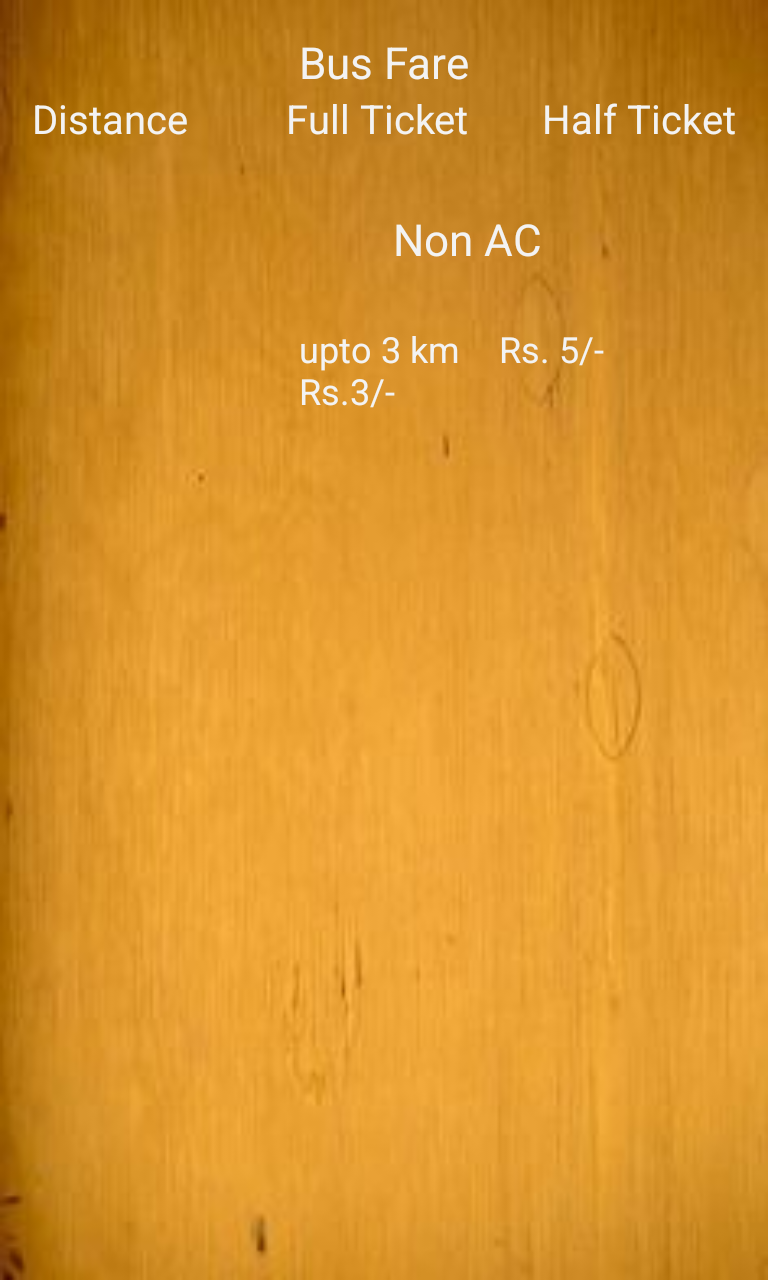
Repository: yogeshwar1996/android-app
Layout: CHD!!@BUSES/res/layout/activity_info.xml
An editor plug-in stored every save of this project. The layout is shown before and after the next save, followed by the edit.
It is drawn on a 768 x 1280 px phone screen (xhdpi) without system bars, with theme android:Theme.Holo; the app's code is not run.

Above is the layout before, as saved 2016-07-11 04:58:59.

### CHD!!@BUSES/res/layout/activity_info.xml
<RelativeLayout xmlns:android="http://schemas.android.com/apk/res/android"
    xmlns:tools="http://schemas.android.com/tools"
    android:layout_width="match_parent"
    android:layout_height="match_parent"
    android:background="@drawable/dad"
    android:paddingBottom="@dimen/activity_vertical_margin"
    android:paddingLeft="@dimen/activity_horizontal_margin"
    android:paddingRight="@dimen/activity_horizontal_margin"
    android:paddingTop="@dimen/activity_vertical_margin"
    tools:context="com.example.chdbuses.Info" >

    <TextView
        android:id="@+id/textView1"
        android:layout_width="wrap_content"
        android:layout_height="wrap_content"
        android:layout_alignParentTop="true"
        android:layout_centerHorizontal="true"
        android:text="Bus Fare"
        android:textAppearance="?android:attr/textAppearanceLarge" />

    <TextView
        android:id="@+id/textView3"
        android:layout_width="wrap_content"
        android:layout_height="wrap_content"
        android:layout_alignParentLeft="true"
        android:layout_below="@+id/textView1"
        android:text="Distance"
        android:textAppearance="?android:attr/textAppearanceLarge"
        android:textSize="20sp" />

    <TextView
        android:id="@+id/textView4"
        android:layout_width="wrap_content"
        android:layout_height="wrap_content"
        android:layout_alignBaseline="@+id/textView3"
        android:layout_alignBottom="@+id/textView3"
        android:layout_alignRight="@+id/textView1"
        android:text="Full Ticket"
        android:textAppearance="?android:attr/textAppearanceLarge"
        android:textSize="20sp" />

    <TextView
        android:id="@+id/textView5"
        android:layout_width="wrap_content"
        android:layout_height="wrap_content"
        android:layout_alignBaseline="@+id/textView4"
        android:layout_alignBottom="@+id/textView4"
        android:layout_alignParentRight="true"
        android:text="Half Ticket"
        android:textAppearance="?android:attr/textAppearanceLarge"
        android:textSize="20sp" />

    <TextView
        android:id="@+id/textView2"
        android:layout_width="wrap_content"
        android:layout_height="wrap_content"
        android:layout_below="@+id/textView4"
        android:layout_marginTop="32dp"
        android:layout_toLeftOf="@+id/textView5"
        android:text="Non AC"
        android:textAppearance="?android:attr/textAppearanceLarge" />

    <TextView
        android:id="@+id/textView6"
        android:layout_width="wrap_content"
        android:layout_height="wrap_content"
        android:layout_alignLeft="@+id/textView1"
        android:layout_below="@+id/textView2"
        android:layout_marginTop="28dp"
        android:text="upto 3 km 		Rs. 5/-			Rs.3/-"
        android:textAppearance="?android:attr/textAppearanceMedium" />

</RelativeLayout>

### CHD!!@BUSES/res/values/dimens.xml
<?xml version="1.0" encoding="utf-8"?>
<resources>

    <!-- Default screen margins, per the Android Design guidelines. -->
    <dimen name="activity_horizontal_margin">16dp</dimen>
    <dimen name="activity_vertical_margin">16dp</dimen>
    <dimen name="navigation_drawer_width">240dp</dimen>

</resources>

Loaded but not shown: CHD!!@BUSES/res/values-w820dp/dimens.xml (common file)

After the next save:
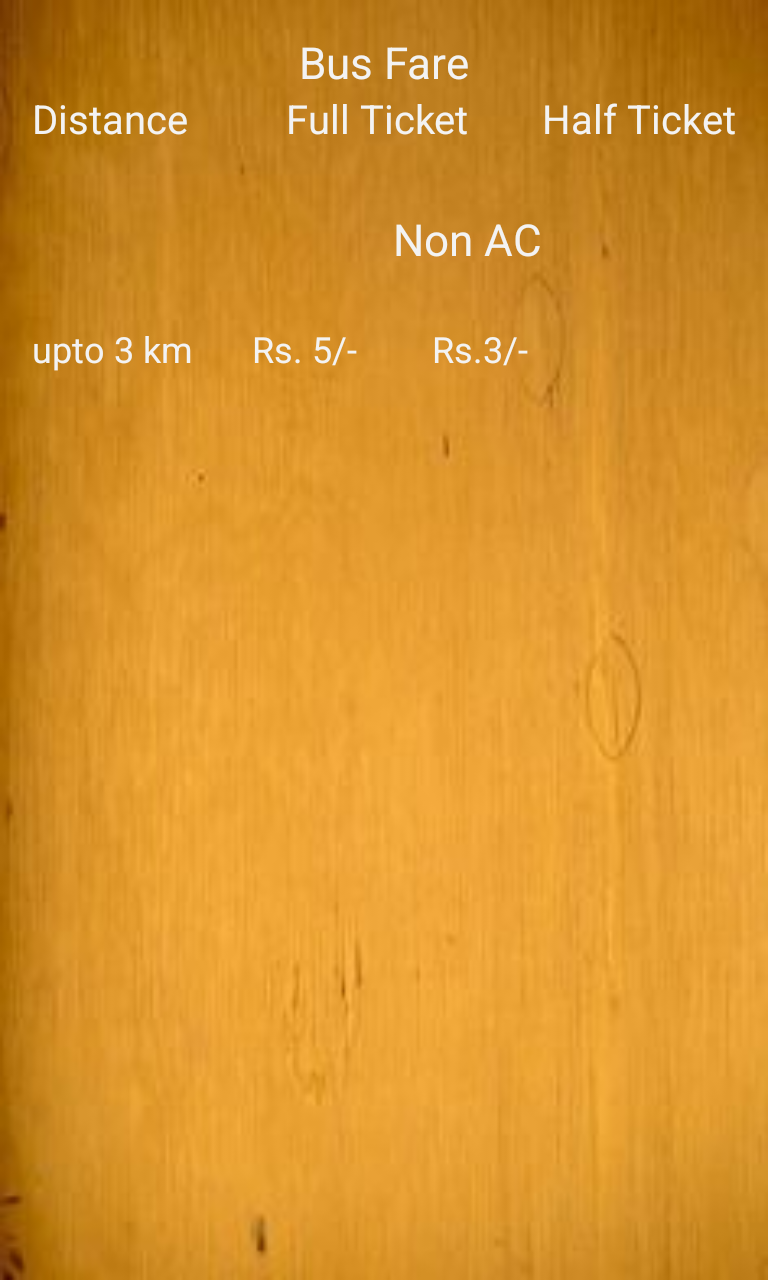
Saved 32 s later.
--- a/CHD!!@BUSES/res/layout/activity_info.xml
+++ b/CHD!!@BUSES/res/layout/activity_info.xml
@@ -62,12 +62,11 @@
 
     <TextView
         android:id="@+id/textView6"
-        android:layout_width="wrap_content"
+        android:layout_width="match_parent"
         android:layout_height="wrap_content"
-        android:layout_alignLeft="@+id/textView1"
         android:layout_below="@+id/textView2"
         android:layout_marginTop="28dp"
-        android:text="upto 3 km 		Rs. 5/-			Rs.3/-"
+        android:text="upto 3 km 			Rs. 5/-				Rs.3/-"
         android:textAppearance="?android:attr/textAppearanceMedium" />
 
 </RelativeLayout>
